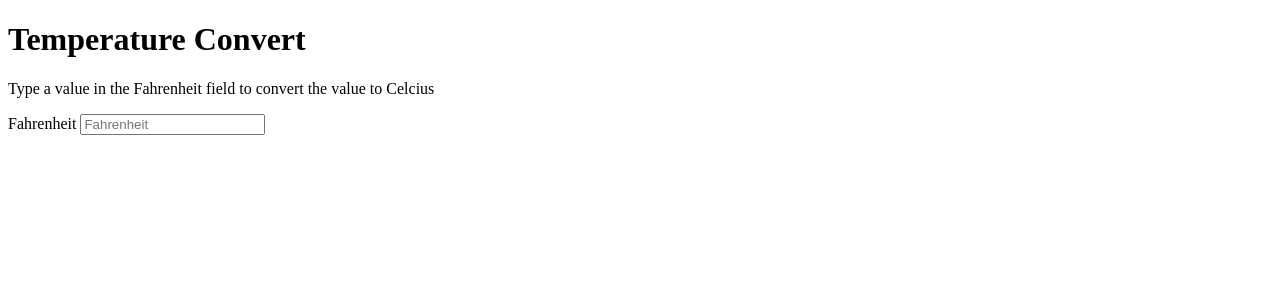
Repository: tungts3qb/BTCodeGym
Page: temprate-convert.html
The author's editor kept a copy of each file at every save. The page is drawn from the files as they stood at one save, then again after the next save.
The browser window is 1280 px wide. The pictures show the whole page.

Above is the page before, as saved 2023-01-11 14:21:04.

After the next save:
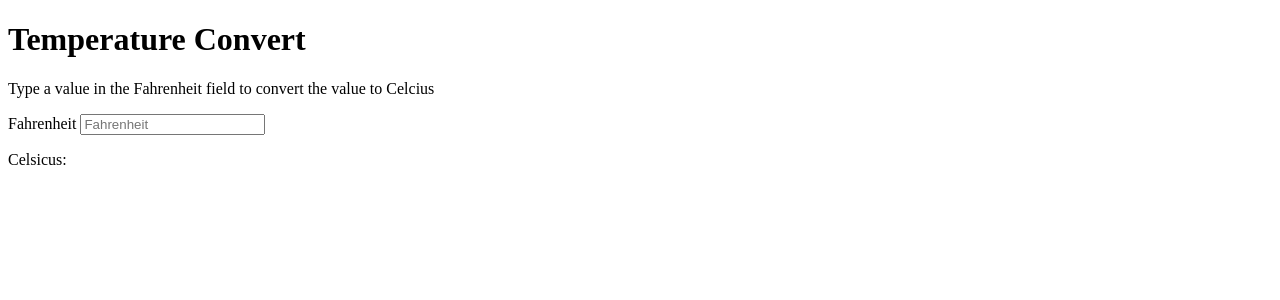
Saved 40 s later.
--- a/temprate-convert.html
+++ b/temprate-convert.html
@@ -20,6 +20,7 @@
         placeholder="Fahrenheit"
         oninput="temperatureConverter(this.value)"
       />
+      <p>Celsicus: <span id="outputCelsius"></span></p>
     </form>
     <script></script>
   </body>
